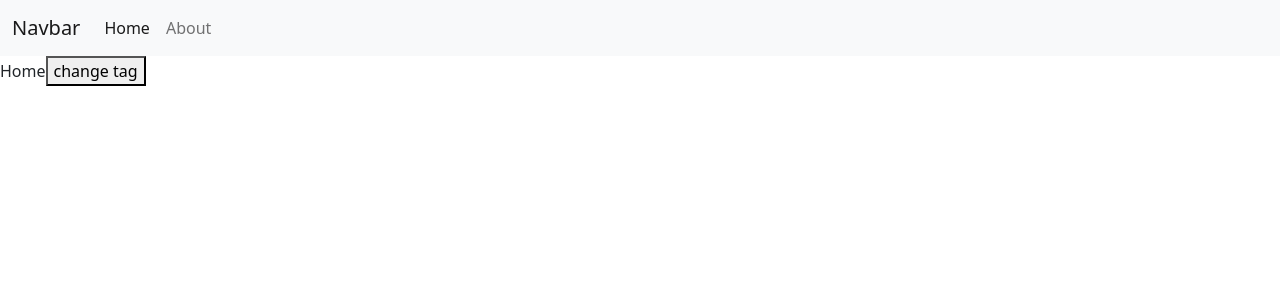
Repository: Asad-devv/inotebook-mern
Page: /
An editor plug-in stored every save of this project. The page is shown before and after a run of saves, followed by the edit.
The browser window is 1280 px wide. The pictures show the whole page.
The project was rebuilt for these pictures with package versions that can differ from the ones it lists, and the page was loaded fresh each time. Also part of the build but not shown: vite.config.js, src/components/About.jsx.

Above is the page before, as saved 2023-04-13 20:02:30.

### index.html
<!DOCTYPE html>
<html lang="en">
  <head>
    <meta charset="UTF-8" />
    <link rel="icon" type="image/svg+xml" href="/vite.svg" />
    <meta name="viewport" content="width=device-width, initial-scale=1.0" />
    <link href="https://cdn.jsdelivr.net/npm/bootstrap@5.0.2/dist/css/bootstrap.min.css" rel="stylesheet" integrity="sha384-EVSTQN3/azprG1Anm3QDgpJLIm9Nao0Yz1ztcQTwFspd3yD65VohhpuuCOmLASjC" crossorigin="anonymous">
    <title>iNotebook</title>
  </head>
  <body>
    <div id="root"></div>
    <script type="module" src="/src/main.jsx"></script>


    <script src="https://cdn.jsdelivr.net/npm/@popperjs/core@2.9.2/dist/umd/popper.min.js" integrity="sha384-IQsoLXl5PILFhosVNubq5LC7Qb9DXgDA9i+tQ8Zj3iwWAwPtgFTxbJ8NT4GN1R8p" crossorigin="anonymous"></script>
    <script src="https://cdn.jsdelivr.net/npm/bootstrap@5.0.2/dist/js/bootstrap.min.js" integrity="sha384-cVKIPhGWiC2Al4u+LWgxfKTRIcfu0JTxR+EQDz/bgldoEyl4H0zUF0QKbrJ0EcQF" crossorigin="anonymous"></script>
  </body>
</html>

### src/main.jsx
import React from 'react'
import ReactDOM from 'react-dom/client'
import App from './App'
// import './index.css'
import { BrowserRouter } from "react-router-dom"
import { Provider } from 'react-redux'
import store from './states/Store'


ReactDOM.createRoot(document.getElementById('root')).render(
  <React.StrictMode>
    <BrowserRouter>
    <Provider store={store} >
    <App />
    </Provider>
    </BrowserRouter>
  </React.StrictMode>,
)

### src/App.jsx
import { useState } from 'react'
import reactLogo from './assets/react.svg'
import viteLogo from '/vite.svg'
// import './App.css'
import {Home,Navbar,About} from "./components"
import { Route, Routes } from "react-router-dom"




function App() {
  return (
      <>
      <Navbar/>
      <Routes>
      <Route path="/" element={<Home />} />
      <Route path="/about" element={<About />} />
      </Routes>


    </>
  );
}
export default App

### src/states/Store.js
import { configureStore } from '@reduxjs/toolkit'
import notesReducer from "./redux/notesSlice"


export default configureStore({
  reducer: {notes:notesReducer},
})

### src/components/index.js
import Home from "./Home"
import Navbar from "./Navbar"
import About from "./About"



export { Home,Navbar,About }

### src/states/redux/notesSlice.js
import { createSlice } from '@reduxjs/toolkit'


export const notesSlice= createSlice({
    name:'notes',
    initialState:{value:{
        tag:"helo",description:"as",title:"check"
    }},
    reducers:{
        update:(state)=>{
            setTimeout(()=>{state.value.tag+="gellp"})

        }
    }
})


export const { update} = notesSlice.actions

export default notesSlice.reducer

### src/components/Home.jsx
import React from 'react'
import { useSelector,useDispatch } from 'react-redux'
import { update } from '../states/redux/notesSlice';


const Home = () => {
  const dispatch= useDispatch();
  const tag =  useSelector((state) => state.notes.value.tag)
  console.log(tag)
  return (
    <div>Home
        <button onClick={()=>dispatch(update())} >change tag</button>
        <h1></h1>
    </div>
  )
}

export default Home

### src/components/Navbar.jsx
import React from 'react'
import {Link } from "react-router-dom"

const Navbar = () => {
  return (

    <nav className="navbar navbar-expand-lg navbar-light bg-light">
      <div className="container-fluid">
        <a className="navbar-brand" href="#">Navbar</a>
        <button className="navbar-toggler" type="button" data-bs-toggle="collapse" data-bs-target="#navbarNav" aria-controls="navbarNav" aria-expanded="false" aria-label="Toggle navigation">
          <span className="navbar-toggler-icon" />
        </button>
        <div className="collapse navbar-collapse" id="navbarNav">
          <ul className="navbar-nav">
            <li className="nav-item">
              <Link to="/" className="nav-link active" aria-current="page" href="#">Home</Link >
            </li>

            <li className="nav-item">
              <Link to="/about" className="nav-link" href="#">About</Link >
            </li>

          </ul>
        </div>
      </div>
    </nav>  )
}

export default Navbar

After the next 3 saves:
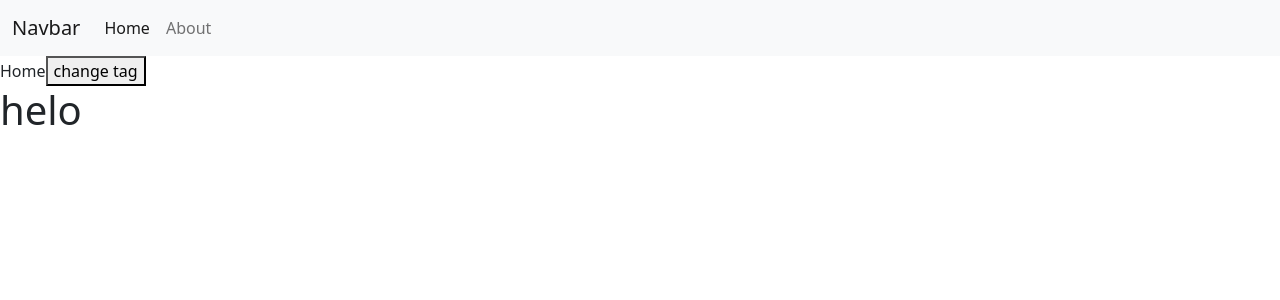
The 3 saves are shown as one change because they came seconds apart.
The last was saved 8 s later.
--- a/src/components/Home.jsx
+++ b/src/components/Home.jsx
@@ -10,7 +10,7 @@ const Home = () => {
   return (
     <div>Home
         <button onClick={()=>dispatch(update())} >change tag</button>
-        <h1></h1>
+        <h1>{tag}</h1>
     </div>
   )
 }
